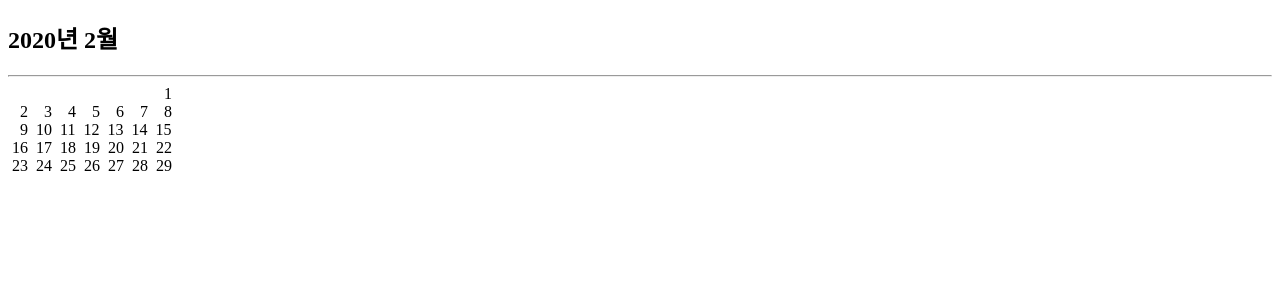
Repository: jpg723/Assignment
Page: http://localhost/LAB6_4/LAB6_4.jsp
These files come from the project's save history. The page is drawn as it stood at one moment and after the next save; the edit follows.
The browser window is 1280 px wide. The pictures show the whole page.
The page is served by Tomcat 9.

Above is the page before, as saved 2021-11-01 05:04:19.

After the next save:
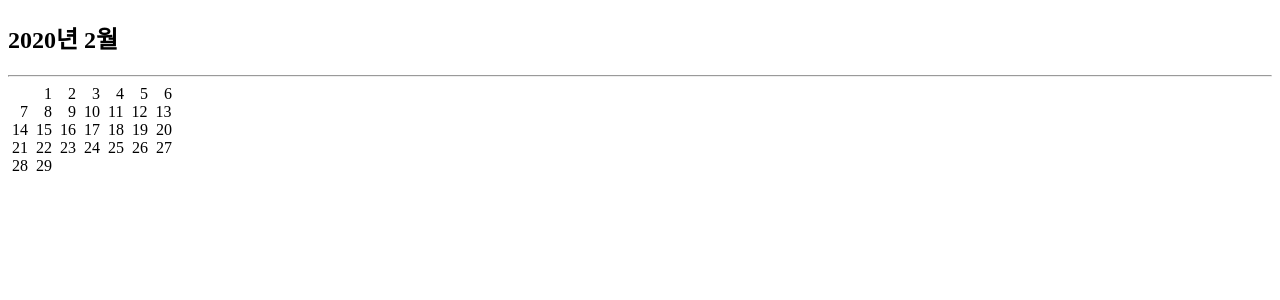
Saved 9 s later.
--- a/웹프로그래밍/LAB6_4/src/main/webapp/LAB6_4.jsp
+++ b/웹프로그래밍/LAB6_4/src/main/webapp/LAB6_4.jsp
@@ -27,7 +27,7 @@
 
 	cal.set(Calendar.YEAR, year);
 	cal.set(Calendar.MONTH, month - 1);
-	cal.set(Calendar.DATE, 1);
+	cal.set(Calendar.DATE, 3);
 
 	int end = cal.getActualMaximum(Calendar.DAY_OF_MONTH);
 	int day = cal.get(Calendar.DAY_OF_WEEK);
